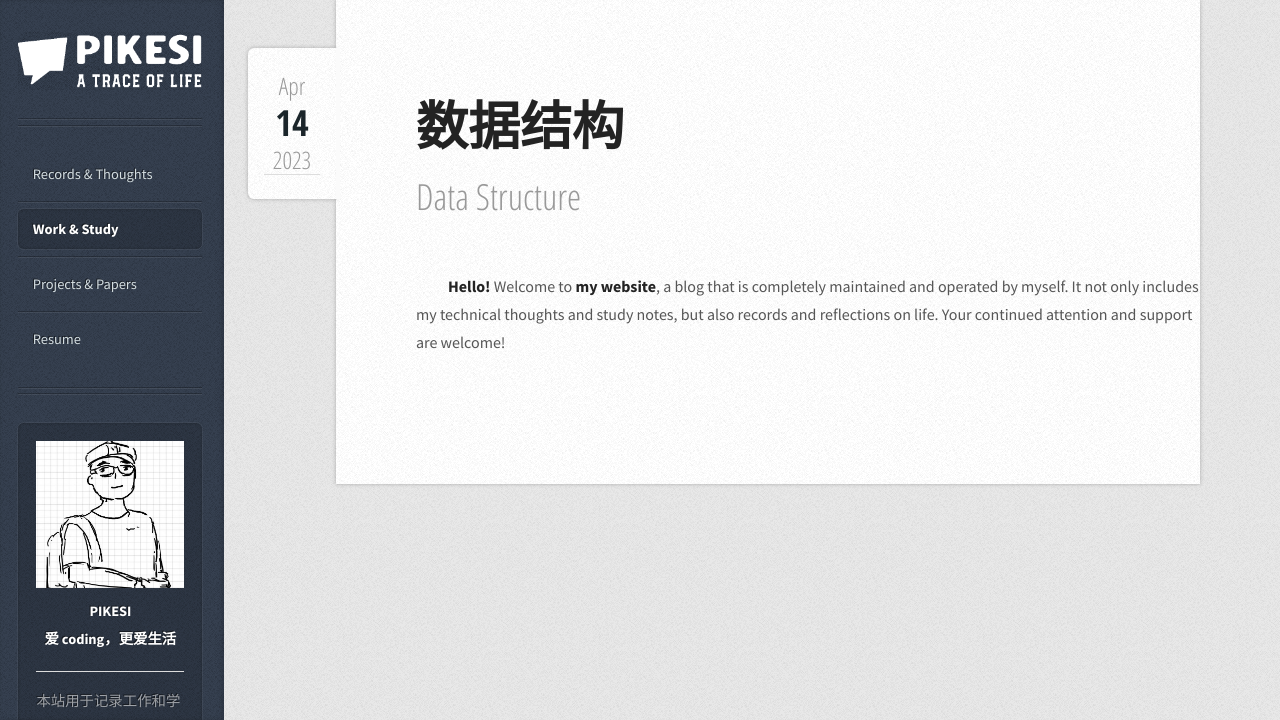
Repository: PiKesi522/PiKesi522.github.io
Page: Notes/DataStucture/main.html
These files come from the project's save history. The page is drawn as it stood at one moment and after the next save; the edit follows.
The browser window is 1280 px wide. The pictures show the whole page.

Above is the page before, as saved 2023-04-11 20:23:55.

After the next save:
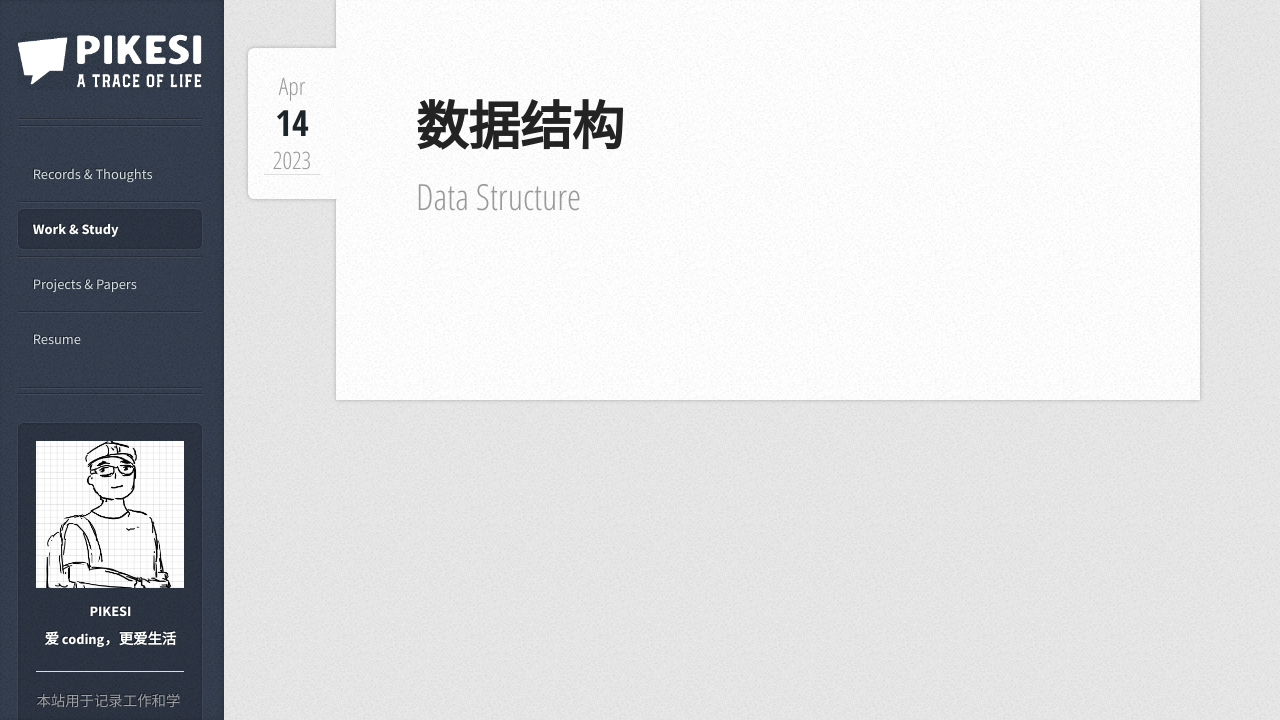
Saved 57 s later.
--- a/Notes/DataStucture/main.html
+++ b/Notes/DataStucture/main.html
@@ -34,11 +34,7 @@
 
 				</div>
 				<div style=" text-indent:2em">
-					<strong>Hello!</strong> Welcome to <strong> my website</strong>,
-					a blog that is completely maintained and operated by myself.
-					It not only includes my technical thoughts and study notes,
-					but also records and reflections on life.
-					Your continued attention and support are welcome!
+
 				</div>
 			</article>
 
